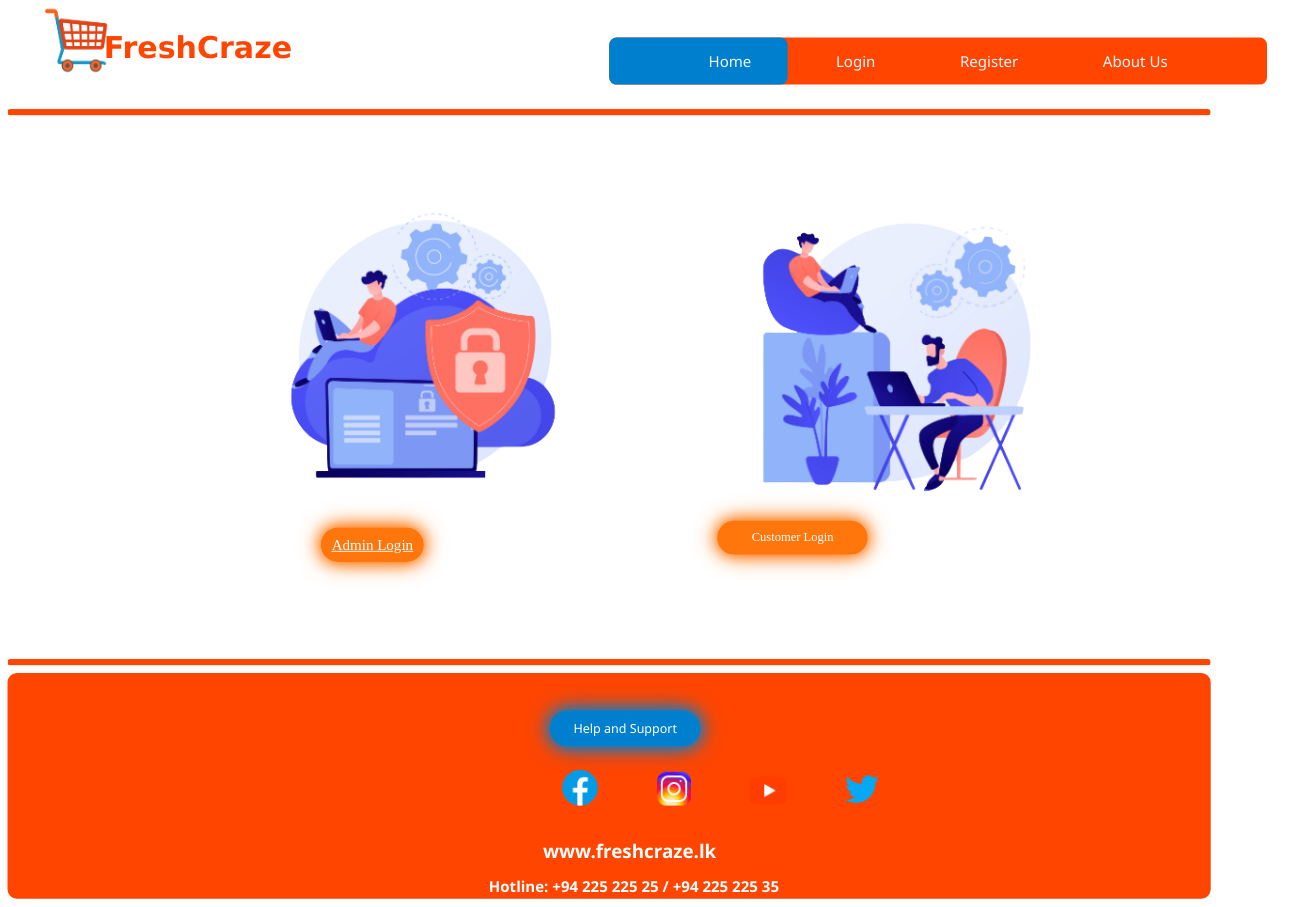
Repository: shanika2002/FreshCraze
Page: http://localhost/itemDem/mainLogin.jsp
An editor plug-in stored every save of this project. The page is shown before and after the next save, followed by the edit.
The browser window is 1280 px wide. The page is 1348 px wide, then 1395 px, so the pictures cover 1395 px, including what lies to the right of the window. The pictures show the whole page, at 94% of full size.
The page is served by Tomcat 9. Other server files are loaded and not shown.

Above is the page before, as saved 2024-05-10 09:11:34.

### itemDem/src/main/webapp/mainLogin.jsp
<%@ page language="java" contentType="text/html; charset=ISO-8859-1"
    pageEncoding="ISO-8859-1"%>
<!DOCTYPE html>
<html>
<head>
<link rel = "stylesheet" href = "css/mainLogin.css">
<meta charset="ISO-8859-1">
<title>Insert title here</title>
</head>
<body>

<img src="images\logo.png" class="logo" >

    <h1 class="logo_topic">FreshCraze</h1>

    <nav class="navbar">
        <a href="home page.html">Home</a>
        <a href="Login page.html">Login</a>
        <a href="customer registration.html">Register</a>
        <a href="about us page.html">About Us</a>
        <span></span>
    </nav>

<hr class="topic_line">

<img src="images\dlog.png" class="dlogo" >
<img src="images\slog.png" class="slogo" >
<div class = "dlogging">

    <a href="login.jsp" type="button" class="donorlogin">Admin Login</a>

</div>

<div class = "slogging">

    <button type="button" class="stafflogin">Customer Login</button>

</div>

<br>
<br>
<br>
<br>

<hr class="footer_line">

<div class="footer">
    <a href="link" target="_blank">
    <button type="button" class="help_button">Help and Support</button>
    </a>

    <div class="fb_icon">
        <a href="https://www.facebook.com/" target="_blank"><img src="images/facebook.png"></a>
    </div>

    <div class="insta_icon">
        <a href="https://www.instagram.com/" target="_blank"><img src="images/insta.png"></a>
    </div>

    <div class="twitt_icon">
        <a href="https://www.twitter.com/" target="_blank"><img src="images/Twitter.png"></a>
    </div>

    <div class="yt_icon">
        <a href="https://www.youtube.com/" target="_blank"><img src="images/yt.png"></a>
    </div>
</div>

<div class="contacts">
    <h1 class="link">www.freshcraze.lk</h1>
    <h1>Hotline: +94 225 225 25 / +94 225 225 35</h1>
</div>


</body>
</html>

### itemDem/src/main/webapp/css/mainLogin.css
@charset "ISO-8859-1";

body{
    background-color: #ffffff;
    background-repeat: no-repeat;
    background-attachment: fixed;
    background-position: center;
    width: 100%;
}

.logo{
    width: 70px;
    height: 70px;
    margin-left: 3%;
}

.logo_topic{
    font-family: verdana;
    margin-left: 8%;
    margin-top: -3.9%;
    color: orangered;
}

.navbar{
    margin-left:50%;
    margin-top:-4%;
    padding: 0;
    box-sizing: border-box;
    font-family: 'Segoe UI';
    display: flex;
    justify-content:center;
    align-items: center;
    min-height: 5vh;

    position:relative;
    background-color: orangered;
    border-radius: 8px;
    width: 700px;
    height: 50px;
    display: flex;
}

nav a{
    position: relative;
    display: inline-block;
    font-size: 1em;
    font-weight: 500;
    color: aliceblue;
    text-decoration: none;
    padding: 45px;
    z-index: 1;
}

nav span{
    position: absolute;
    top: 0;
    left: 0;
    width: 190px;
    height: 100%;
    background-color:rgb(0, 127, 206);
    border-radius: 8px;
    transition: .3s;
}

nav a:nth-child(1):hover~span{
    left: 0;
    width: 190px;
}

nav a:nth-child(2):hover~span{
    left: 190px;
    width: 150px;
}

nav a:nth-child(3):hover~span{
    left:330px;
    width: 150px;
}

nav a:nth-child(4):hover~span{
    left: 470px;
    width: 230px;
}

.topic_line{
    border: none;
    margin-top: 2%;
    border-top: 7px solid orangered;
    border-radius: 10px;
}

.help_button{
    box-shadow:0 0 15px rgb(0, 127, 206),0 0 25px rgb(0, 127, 206);
    border: none;
    width: 160px;
    margin-left: 44%;
    font-family: 'Segoe UI';
    padding: 10px 12px;
    color: #ffffff;
    background-color:rgb(0, 127, 206);
    border-radius: 20px;
}

.help_button:hover{
    box-shadow: 0 0 25px rgb(0, 127, 206);
}

.fb_icon{
    margin-left: 560px;
    margin-top: 20px;
}

.insta_icon{
    margin-left: 660px;
    margin-top: -51px;
}

.yt_icon{
    margin-left: 760px;
    margin-top: -51px;
}

.twitt_icon{
    margin-left: 860px;
    margin-top: -51px;
}

.footer{
    height: 200px;
    background-color: orangered;
    padding-top: 40px;
    padding-left: 25px;
    border-radius: 10px;
}

.footer_line{
    border: none;
    margin-top: 3%;
    border-top: 7px solid orangered;
    border-radius: 10px;
}

.contacts{
    font-size: 8px;
    color:rgb(255, 255, 255);
    font-family: 'Segoe UI';
    margin-left: 40%;
    margin-top: -5%;
}

.link{
    font-size: 20px ;
    margin-top: -6%;
    margin-left: 7.5%;
}

.dlogging{
    margin-left: 26%;
    margin-top: -5%;
}

.slogging{
    margin-left: 59%;
    margin-top: -2.7%;
}

.stafflogin{
    box-shadow:0 0 15px rgb(255, 118, 13),0 0 25px rgb(255, 118, 13);
    border: none;
    width: 160px;
    font-family: oswald;
    padding: 10px 12px;
    color: #ffffff;
    background-color:rgb(255, 118, 13);
    border-radius: 20px;
}

.stafflogin:hover{
    box-shadow: 0 0 45px rgb(255, 118, 13);
}

.dlogo{
    margin-left: 15%;
    margin-top: -5%;
}

.donorlogin{
    box-shadow:0 0 15px rgb(255, 118, 13),0 0 25px rgb(255, 118, 13);
    border: none;
    width: 160px;
    font-family: oswald;
    padding: 10px 12px;
    color: #ffffff;
    background-color:rgb(255, 118, 13);
    border-radius: 20px;
}

.donorlogin:hover{
    box-shadow: 0 0 45px rgb(255, 118, 13);
}

After the next save:
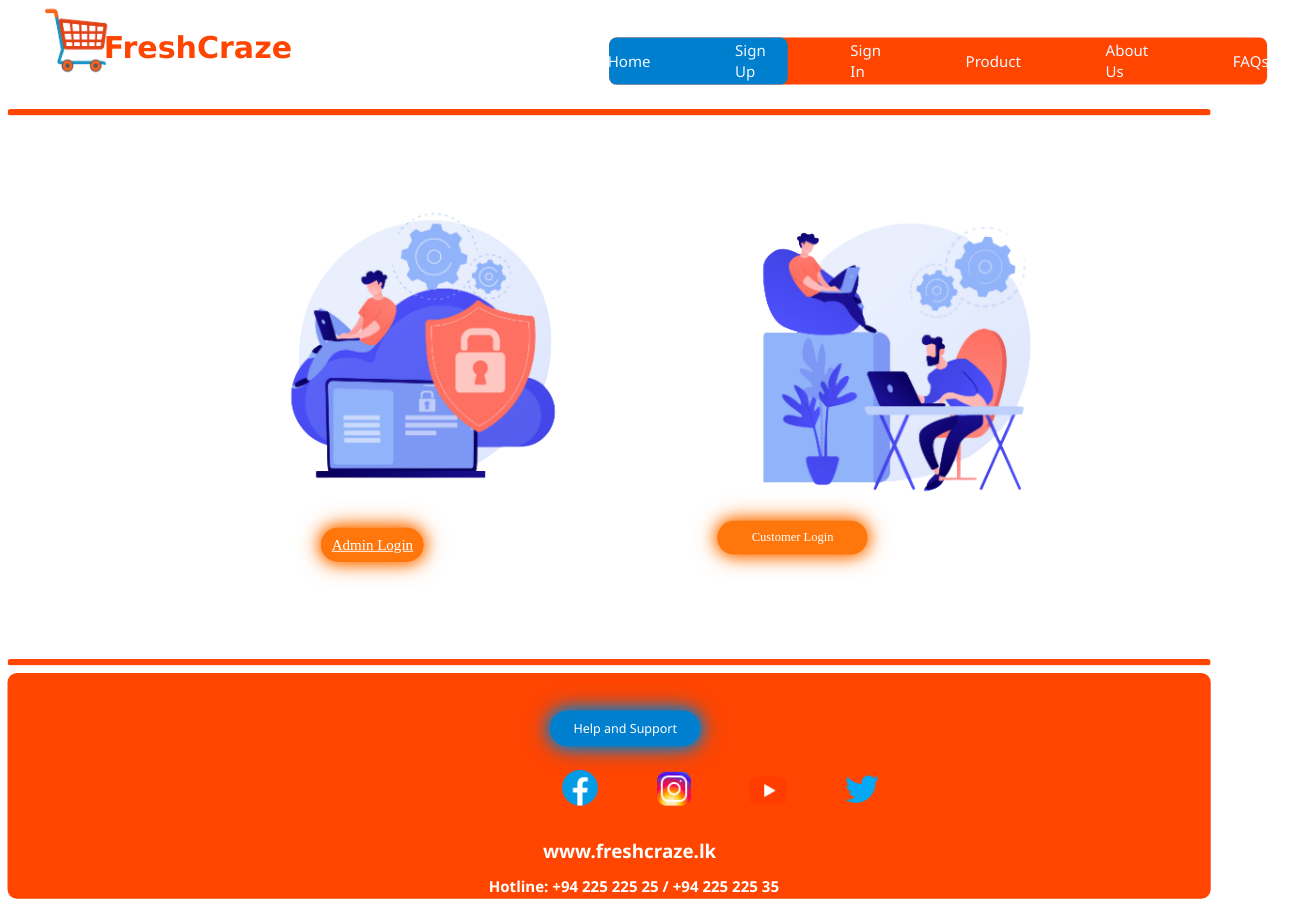
Saved 9 min 16 s later.
--- a/itemDem/src/main/webapp/mainLogin.jsp
+++ b/itemDem/src/main/webapp/mainLogin.jsp
@@ -15,9 +15,11 @@
 
     <nav class="navbar">
         <a href="home page.html">Home</a>
-        <a href="Login page.html">Login</a>
-        <a href="customer registration.html">Register</a>
+        <a href="register.jsp">Sign Up</a>
+        <a href="mainLogin.jsp">Sign In</a>
+        <a href="addItem.jsp">Product</a>
         <a href="about us page.html">About Us</a>
+        <a href="link">FAQs</a>
         <span></span>
     </nav>
 
